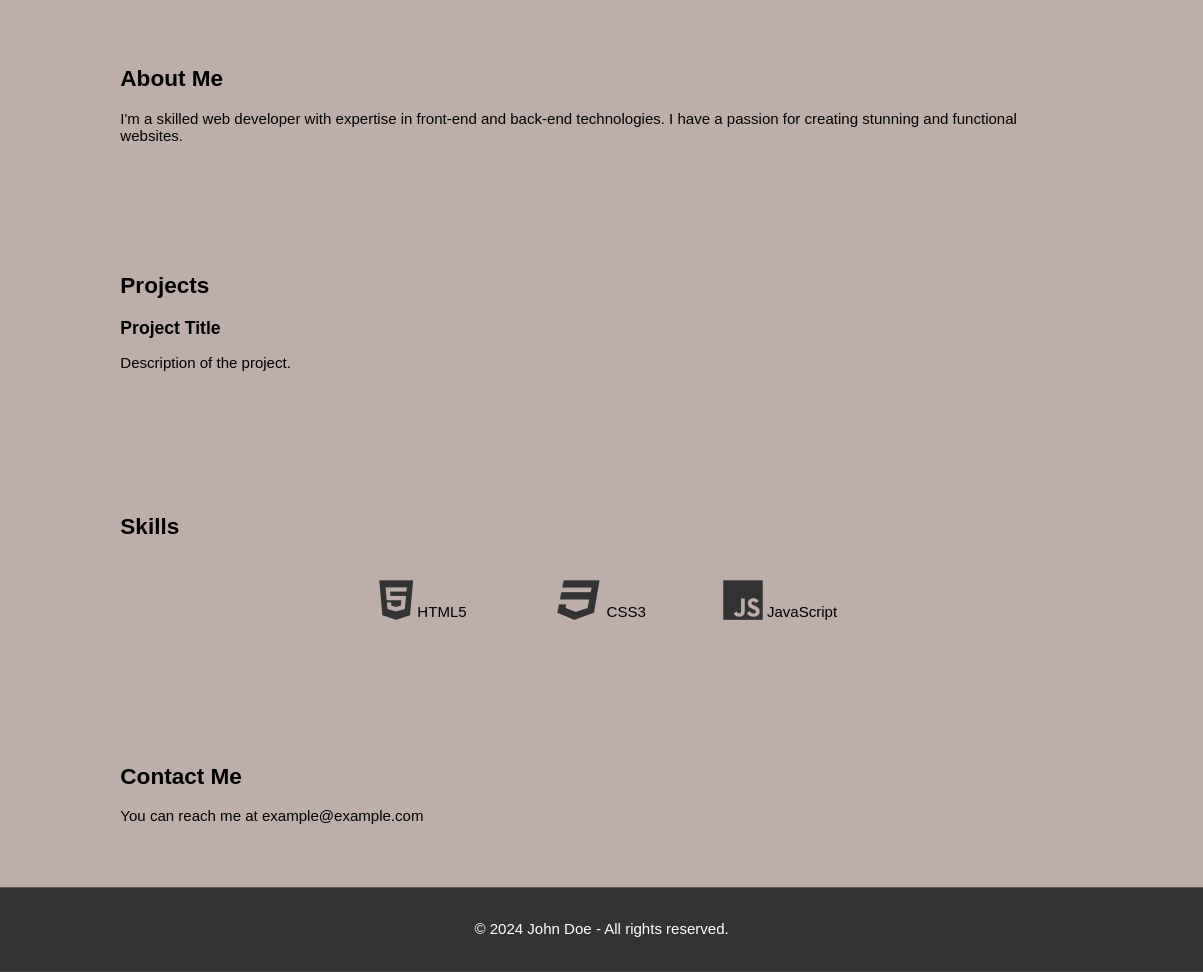
Repository: JaswanthT1/Portfolio
Page: index.html
These files come from the project's save history. The page is drawn as it stood at one moment and after the next save; the edit follows.
The browser window is 1280 px wide. The pictures show the part of the page from y = 718 to 1752 px (the page is 1752 px tall), at 94% of full size.

Above is the page before, as saved 2024-04-25 08:37:15.
Not found: script.js

### index.html
<!DOCTYPE html>
<html lang="en">
  <head>
    <meta charset="UTF-8" />
    <meta name="viewport" content="width=device-width, initial-scale=1.0" />
    <title>My Premium Portfolio</title>
    <link rel="stylesheet" href="style.css" />
    <link
      rel="stylesheet"
      href="https://cdnjs.cloudflare.com/ajax/libs/font-awesome/5.15.4/css/all.min.css"
    />
  </head>
  <body>
    <header>
      <div class="container">
        <h1>John Doe</h1>
        <nav>
          <ul>
            <li><a href="#about">About</a></li>
            <li><a href="#projects">Projects</a></li>
            <li><a href="#skills">Skills</a></li>
            <li><a href="#contact">Contact</a></li>
          </ul>
        </nav>
      </div>
    </header>

    <section id="hero">
      <div class="hero-content">
        <h2>Welcome to My Premium Portfolio</h2>
        <p>I'm a passionate developer ready to bring your projects to life.</p>
        <a href="#contact" class="btn">Hire Me</a>
      </div>
    </section>

    <section id="about">
      <div class="container">
        <h2>About Me</h2>
        <p>
          I'm a skilled web developer with expertise in front-end and back-end
          technologies. I have a passion for creating stunning and functional
          websites.
        </p>
      </div>
    </section>

    <section id="projects">
      <div class="container">
        <h2>Projects</h2>
        <div class="project">
          <h3>Project Title</h3>
          <p>Description of the project.</p>
        </div>
        <!-- Add more projects here -->
      </div>
    </section>

    <section id="skills">
      <div class="container">
        <h2>Skills</h2>
        <div class="skills">
          <div class="skill">
            <i class="fab fa-html5"></i>
            <span>HTML5</span>
          </div>
          <div class="skill">
            <i class="fab fa-css3"></i>
            <span>CSS3</span>
          </div>
          <div class="skill">
            <i class="fab fa-js"></i>
            <span>JavaScript</span>
          </div>
          <!-- Add more skills here -->
        </div>
      </div>
    </section>

    <section id="contact">
      <div class="container">
        <h2>Contact Me</h2>
        <p>You can reach me at example@example.com</p>
      </div>
    </section>

    <footer>
      <div class="container">
        <p>&copy; 2024 John Doe - All rights reserved.</p>
      </div>
    </footer>

    <script src="script.js"></script>
  </body>
</html>

### style.css
/* Basic styles */

body {
  font-family: Arial, sans-serif;
  margin: 0;
  padding: 0;
  background-color: rgb(190, 174, 170);
}

.container {
  width: 80%;
  margin: 0 auto;
}

header {
  background-color: #333;
  color: #d72e2e;
  padding: 20px 0;
}

header h1 {
  margin: 0;
}

nav ul {
  list-style: none;
  padding: 0;
}

nav ul li {
  display: inline;
  margin-right: 20px;
}

nav ul li a {
  color: #fff;
  text-decoration: none;
}

section {
  padding: 50px 0;
}

/* Hero section styles */

#hero {
  background-image: url("hero-bg.jpg");
  background-size: cover;
  background-position: center;
  color: #fff;
  text-align: center;
  padding: 200px 0;
}

.hero-content {
  max-width: 600px;
  margin: 0 auto;
}

.hero-content h2 {
  font-size: 36px;
  margin-bottom: 20px;
}

.hero-content p {
  font-size: 18px;
  margin-bottom: 40px;
}

.btn {
  display: inline-block;
  background-color: #333;
  color: #fff;
  padding: 10px 20px;
  text-decoration: none;
  border-radius: 5px;
}

.btn:hover {
  background-color: #555;
}

/* Project section styles */

.project {
  margin-bottom: 30px;
}

.project h3 {
  margin-top: 0;
}

/* Skills section styles */

.skills {
  display: flex;
  flex-wrap: wrap;
  justify-content: center;
}

.skill {
  text-align: center;
  margin: 0 20px;
  padding: 20px 0;
  width: 150px;
}

.skill i {
  font-size: 48px;
  margin-bottom: 10px;
  color: #333;
}

/* Footer styles */

footer {
  background-color: #333;
  color: #fff;
  text-align: center;
  padding: 20px 0;
}

After the next save:
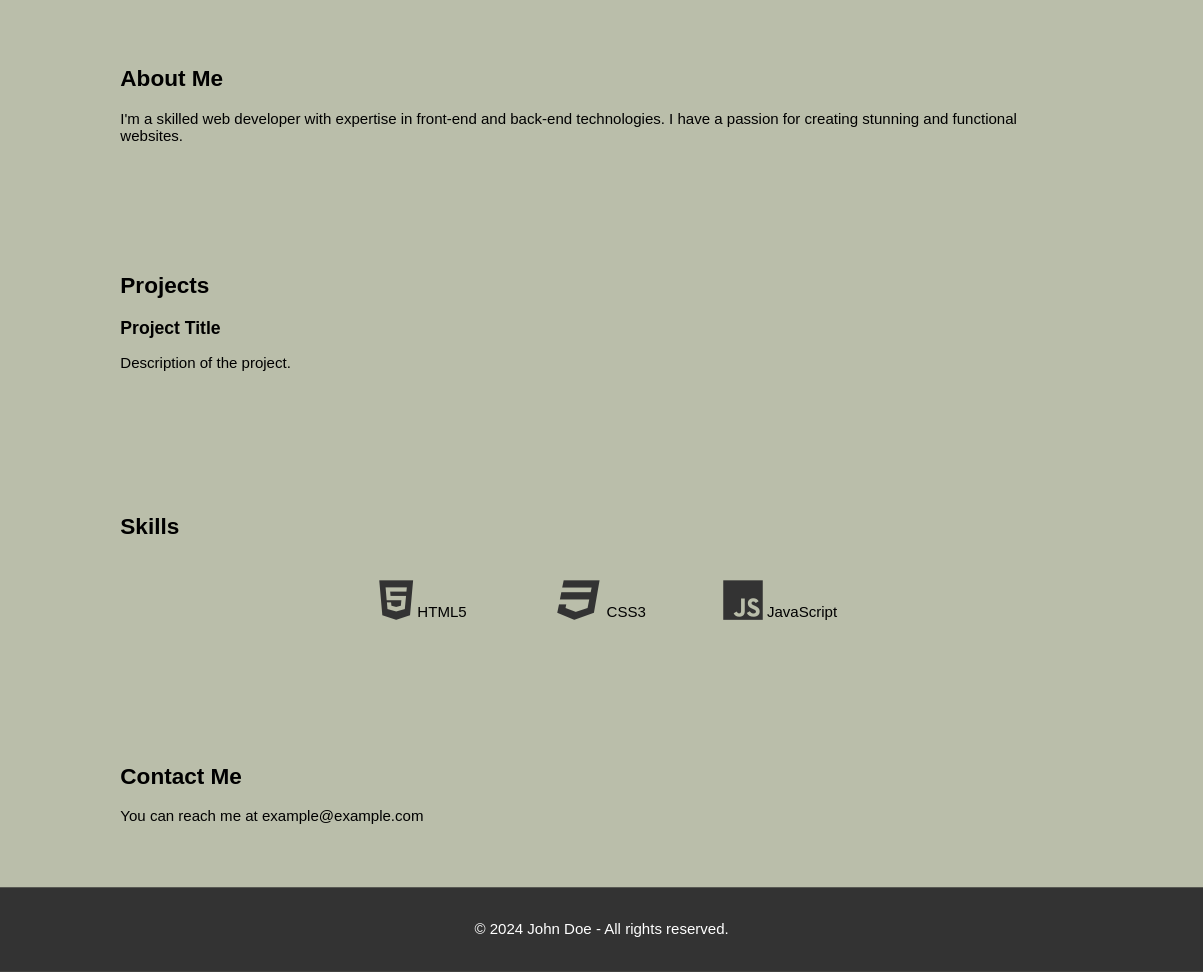
Saved 9 s later.
--- a/style.css
+++ b/style.css
@@ -4,7 +4,7 @@ body {
   font-family: Arial, sans-serif;
   margin: 0;
   padding: 0;
-  background-color: rgb(190, 174, 170);
+  background-color: rgb(186, 190, 170);
 }
 
 .container {
